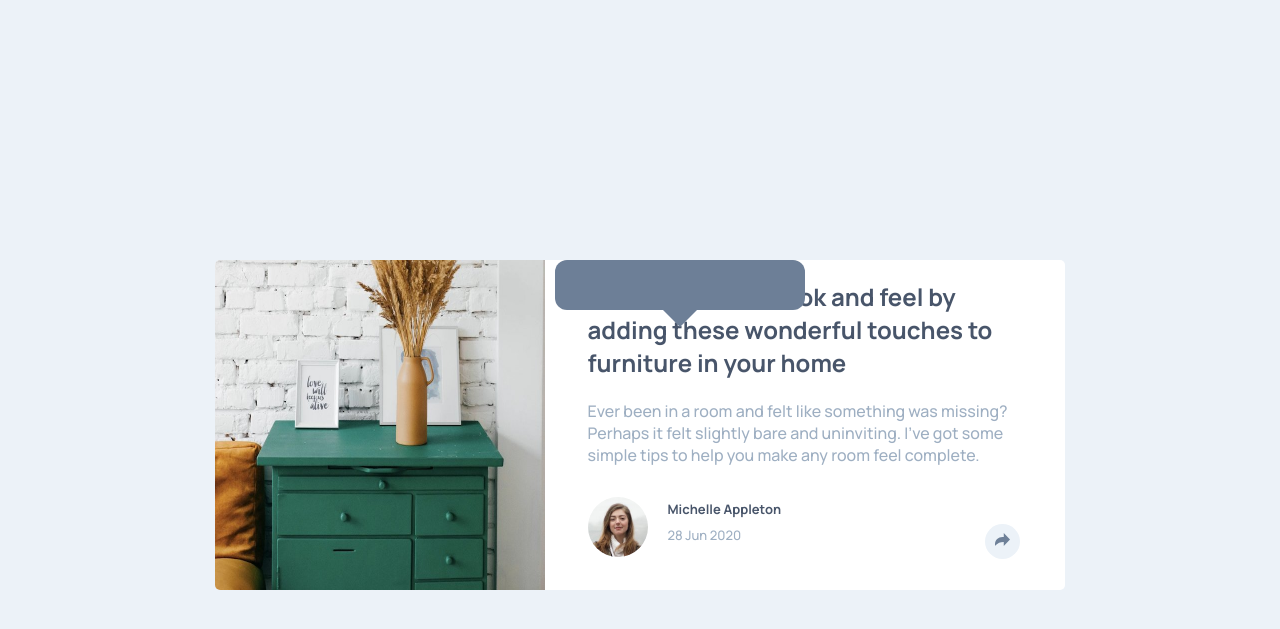
Repository: ricky603/training-css
Page: article-preview-component-master/index.html
An editor plug-in stored every save of this project. The page is shown before and after the next save, followed by the edit.
The browser window is 1280 px wide. The pictures show the whole page.

Above is the page before, as saved 2020-09-09 10:05:38.

### article-preview-component-master/index.html
<!DOCTYPE html>
<html lang="en">

<head>
    <meta charset="UTF-8">
    <meta name="viewport" content="width=device-width, initial-scale=1.0">
    <!-- displays site properly based on user's device -->

    <link rel="icon" type="image/png" sizes="32x32" href="./images/favicon-32x32.png">
    <link rel="stylesheet" href="./styles.css">
    <link href="https://fonts.googleapis.com/css2?family=Manrope:wght@500;700&display=swap" rel="stylesheet">

    <title>Frontend Mentor | Article preview component</title>

    <!-- Feel free to remove these styles or customise in your own stylesheet 👍 -->
</head>

<body>
    <div class="article">
        <div id="image">
            <img src="./images/drawers.jpg" class="drawer">
        </div>

        <div class="post">
            <div class="head">
                <h2>Shift the overall look and feel by adding these wonderful touches to furniture in your home</h2>
            </div>
            <div class="body">
                <p>Ever been in a room and felt like something was missing? Perhaps it felt slightly bare and uninviting. I’ve got some simple tips to help you make any room feel complete.</p>
            </div>
            <div class="avatar">
                <img src="./images/avatar-michelle.jpg" class="profile">
                <div class="profile-name">
                    <p class="name">Michelle Appleton</p>
                    <p class="date">28 Jun 2020</p>
                </div>
            </div>
            <div class="share">
                <img src="./images/icon-share.svg" class="icon">
            </div>
        </div>
        <div class="speech-bubble">

        </div>
    </div>


</body>

</html>

<!--

  Ever been in a room and felt like something was missing? Perhaps
  it felt slightly bare and uninviting. I’ve got some simple tips
  to help you make any room feel complete.

  Michelle Appleton
  28 Jun 2020

  Share -->

### article-preview-component-master/styles.css
body {
    background-color: hsl(210, 46%, 95%);
}

h2 {
    font-family: 'Manrope';
    font-weight: 700;
}

#image {
    display: inline-block;
}

.post {
    position: absolute;
    width: 52%;
    display: inline-block;
    margin: 0% 5% 0% 5%;
}

.body {
    position: relative;
    display: inline-block;
    font-family: 'Manrope';
    color: hsl(212, 23%, 69%);
    bottom: 15px;
}

.head {
    display: inline-block;
    color: hsl(217, 19%, 35%);
}

.article {
    position: fixed;
    width: 850px;
    height: 330px;
    background-color: white;
    margin: auto;
    top: 50%;
    left: 50%;
    margin-top: -100px;
    margin-left: -425px;
    border-radius: 5px;
}

.drawer {
    width: 330px;
    height: 330px;
    border-radius: 5px 0 0 5px;
}

.attribution {
    font-size: 11px;
    text-align: center;
}

.attribution a {
    color: hsl(228, 45%, 44%);
}

.avatar {
    display: inline-block;
    margin-bottom: 100%;
}

.profile {
    height: 30%;
    width: 30%;
    border-radius: 100%;
    float: left;
    margin-right: 10%;
}

.profile-name {
    position: relative;
    width: 200px;
    bottom: 10px;
}

.name {
    font-family: 'Manrope';
    font-weight: 700;
    font-size: 13px;
    color: hsl(217, 19%, 35%);
}

.date {
    position: relative;
    bottom: 5px;
    font-family: 'Manrope';
    font-size: 13px;
    color: hsl(212, 23%, 69%);
}

.share {
    display: inline-block;
    position: absolute;
    left: 90%;
    top: 35%;
    background-color: hsl(210, 46%, 95%);
    width: 35px;
    height: 35px;
    border-radius: 100%;
}

.icon {
    position: absolute;
    margin: 27%;
}

.speech-bubble {
    display: inline-block;
    position: absolute;
    background: hsl(214, 17%, 51%);
    width: 250px;
    height: 50px;
    border-radius: 12px;
    left: 40%;
}

.speech-bubble:after {
    content: '';
    position: absolute;
    bottom: 0;
    left: 50%;
    width: 0;
    height: 0;
    border: 17px solid transparent;
    border-top-color: hsl(214, 17%, 51%);
    border-bottom: 0;
    margin-left: -17px;
    margin-bottom: -17px;
}

After the next save:
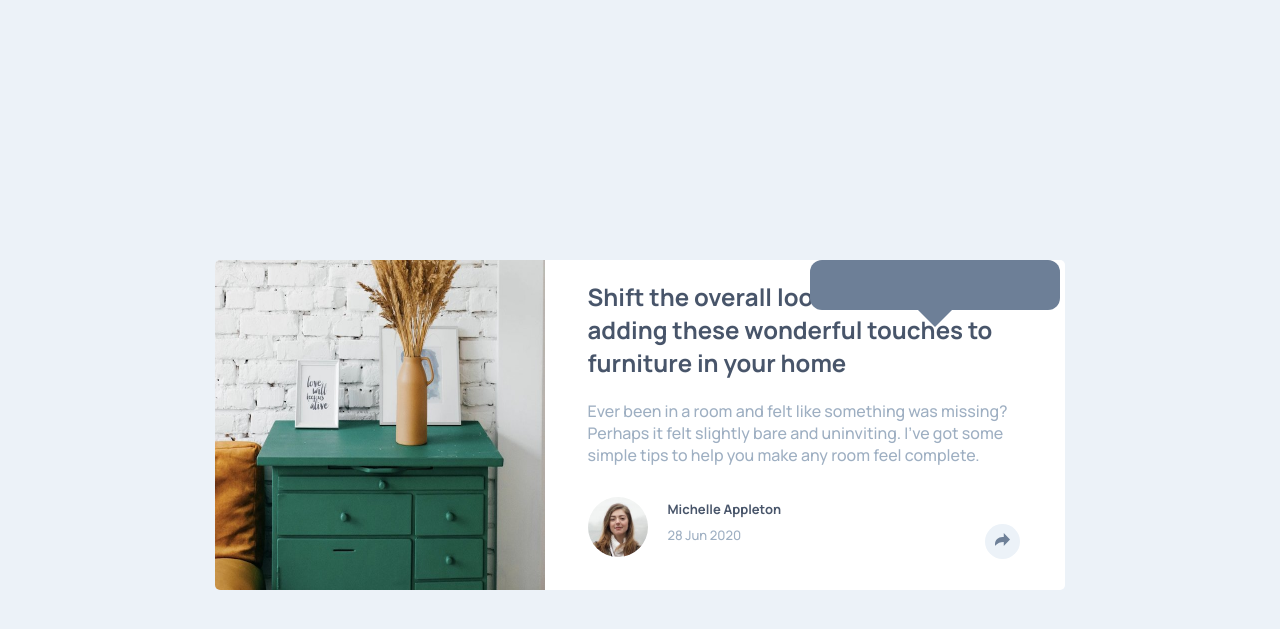
Saved 6 s later.
--- a/article-preview-component-master/styles.css
+++ b/article-preview-component-master/styles.css
@@ -116,7 +116,7 @@ h2 {
     width: 250px;
     height: 50px;
     border-radius: 12px;
-    left: 40%;
+    left: 70%;
 }
 
 .speech-bubble:after {
